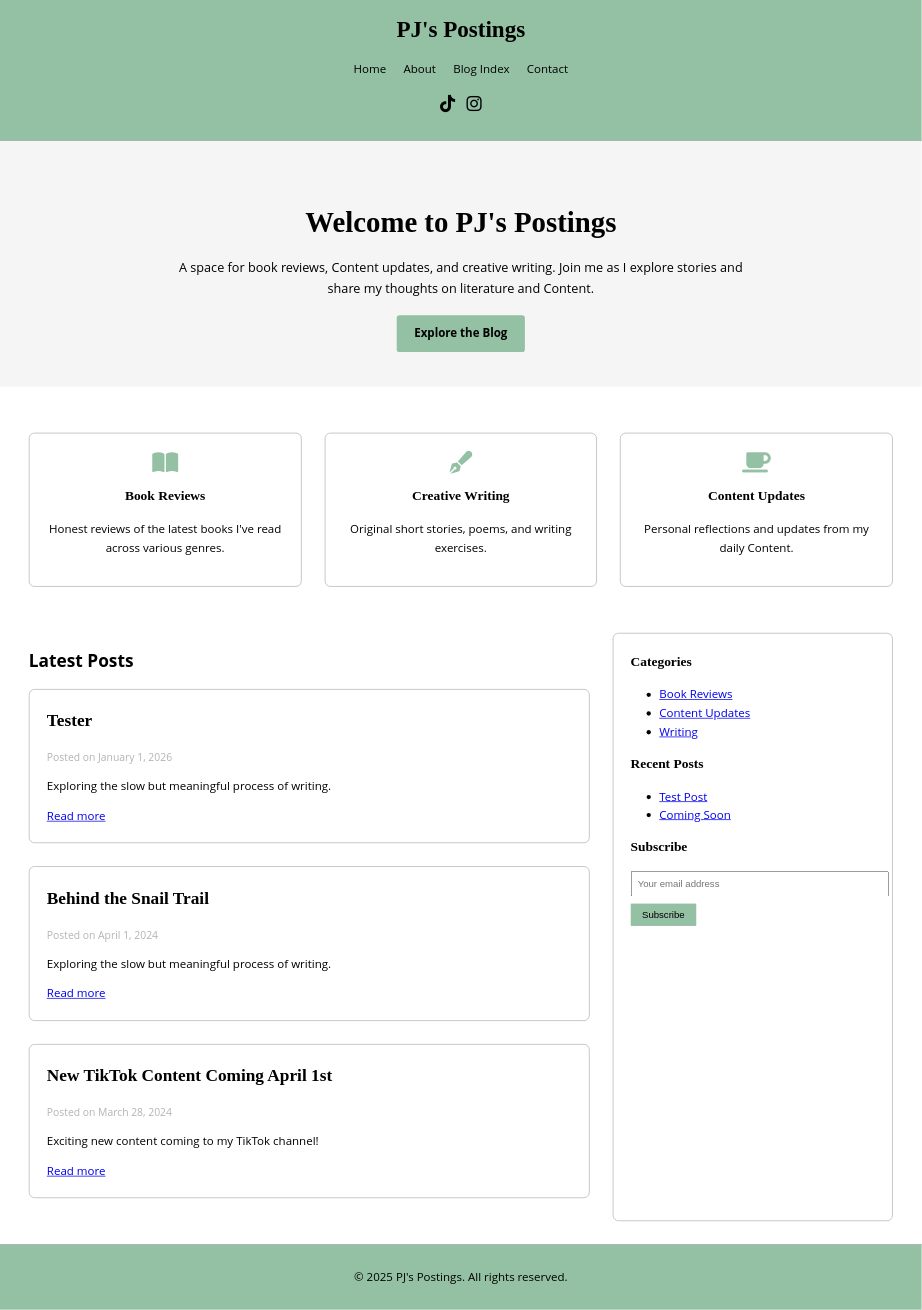
Repository: pjpatrick071/pjpatrick071.github.io
Page: index.html
The author's editor kept a copy of each file at every save. The page is drawn from the files as they stood at one save, then again after a run of saves.
The browser window is 1280 px wide. The pictures show the whole page, at 72% of full size.
Some web fonts or font styles are not loaded; a fallback is used.

Above is the page before, as saved 2025-04-07 21:23:50.

### index.html
<!DOCTYPE html>
<html lang="en">
<head>
    <link rel="apple-touch-icon" sizes="180x180" href="/apple-touch-icon.png">
<link rel="icon" type="image/png" sizes="32x32" href="/favicon-32x32.png">
<link rel="icon" type="image/png" sizes="16x16" href="/favicon-16x16.png">
<link rel="manifest" href="/site.webmanifest">
    <meta charset="UTF-8">
    <meta name="viewport" content="width=device-width, initial-scale=1.0">
    <title>PJ's Postings</title>

    <!-- Fonts -->
    <link href="https://fonts-api.wp.com/css?family=Playfair+Display:400,400i,700,700i|Open+Sans:400,400i,700,700i&subset=latin,latin-ext" rel="stylesheet">

    <!-- Font Awesome (for icons) -->
    <link href="https://cdnjs.cloudflare.com/ajax/libs/font-awesome/6.4.0/css/all.min.css" rel="stylesheet">

    <!-- Main Styles -->
    <style>
        :root {
            --soft-green: #94c0a4;
            --silver: #b3b3b3;
            --black: #000000;
            --white: #ffffff;
        }

        body {
            font-family: 'Open Sans', sans-serif;
            line-height: 1.6;
            margin: 0;
            padding: 0;
            background-color: var(--white);
            color: var(--black);
        }

        /* Header Styles */
        header {
            background-color: var(--soft-green);
            padding: 1rem 0;
            text-align: center;
            border-bottom: 1px solid var(--silver);
        }

        .logo {
            font-size: 2rem;
            font-weight: bold;
            margin: 0;
            color: var(--black);
            font-family: 'Playfair Display', serif;
        }

        /* Navigation */
        nav ul {
            padding: 0;
            list-style: none;
            display: flex;
            justify-content: center;
            gap: 1.5rem;
            margin: 1rem 0;
        }

        nav a {
            text-decoration: none;
            color: var(--black);
            font-weight: 500;
            transition: color 0.3s;
        }

        nav a:hover {
            color: var(--silver);
        }

        /* Hero Section */
        .hero {
            background-color: #f5f5f5;
            padding: 3rem 1rem;
            text-align: center;
            margin-bottom: 2rem;
        }

        .hero h2 {
            font-family: 'Playfair Display', serif;
            font-size: 2.5rem;
            margin-bottom: 1rem;
        }

        .hero p {
            max-width: 800px;
            margin: 0 auto 1.5rem;
            font-size: 1.1rem;
        }

        .cta-button {
            display: inline-block;
            background-color: var(--soft-green);
            color: var(--black);
            padding: 0.8rem 1.5rem;
            border-radius: 4px;
            text-decoration: none;
            font-weight: bold;
            transition: background-color 0.3s;
        }

        .cta-button:hover {
            background-color: #82ad90;
        }

        /* Features Section */
        .features {
            display: flex;
            justify-content: space-around;
            flex-wrap: wrap;
            gap: 2rem;
            padding: 2rem;
            max-width: 1200px;
            margin: 0 auto;
        }

        .feature-card {
            flex: 1;
            min-width: 250px;
            background-color: var(--white);
            border: 1px solid var(--silver);
            border-radius: 8px;
            padding: 1.5rem;
            text-align: center;
        }

        .feature-card i {
            font-size: 2rem;
            color: var(--soft-green);
            margin-bottom: 1rem;
        }

        .feature-card h3 {
            font-family: 'Playfair Display', serif;
            margin-top: 0;
        }

        /* Main Content */
        .container {
            max-width: 1200px;
            margin: 2rem auto;
            padding: 0 1rem;
            display: grid;
            grid-template-columns: 2fr 1fr;
            gap: 2rem;
        }

        /* Blog Posts */
        .blog-post {
            background-color: var(--white);
            border: 1px solid var(--silver);
            border-radius: 8px;
            padding: 1.5rem;
            margin-bottom: 2rem;
        }

        .post-title {
            color: var(--black);
            margin-top: 0;
            font-family: 'Playfair Display', serif;
        }

        .post-meta {
            color: var(--silver);
            font-size: 0.9rem;
            margin-bottom: 1rem;
        }

        /* Sidebar */
        .sidebar {
            background-color: var(--white);
            border: 1px solid var(--silver);
            border-radius: 8px;
            padding: 1.5rem;
        }

        .sidebar-title {
            margin-top: 0;
            color: var(--black);
            font-family: 'Playfair Display', serif;
        }

        /* Footer */
        footer {
            background-color: var(--soft-green);
            text-align: center;
            padding: 1rem 0;
            border-top: 1px solid var(--silver);
            margin-top: 2rem;
        }

        /* Social Icons */
        .social-links {
            display: flex;
            justify-content: center;
            gap: 1rem;
            margin: 1rem 0;
        }

        .social-links a {
            color: var(--black);
            font-size: 1.5rem;
            transition: transform 0.3s;
        }

        .social-links a:hover {
            transform: scale(1.2);
        }

        /* Responsive Design */
        @media (max-width: 768px) {
            .container {
                grid-template-columns: 1fr;
            }

            .features {
                flex-direction: column;
            }
            .requested-badge {
                background-color: var(--soft-green);
                color: var(--black);
                padding: 0.2rem 0.5rem;
                border-radius: 4px;
                font-size: 0.8rem;
                margin-left: 0.5rem;
                font-weight: bold;
                display: inline-block;
                margin-top: 0.5rem;
            }
        }
    </style>
</head>
<body>
    <!-- Header -->
    <header>
        <h1 class="logo">PJ's Postings</h1>
        <nav>
            <ul>
                <li><a href="index.html">Home</a></li>
                <li><a href="about.html">About</a></li>
                <li><a href="blog.html"> Blog Index</a></li>
                <li><a href="contact.html">Contact</a></li>
            </ul>
        </nav>

        <!-- Social Links -->
        <div class="social-links">
            <a href="https://www.tiktok.com/@p.j.patrick" target="_blank" rel="noopener noreferrer"><i class="fab fa-tiktok"></i></a>
            <a href="https://www.instagram.com/p.j.patrick/" target="_blank" rel="noopener noreferrer"><i class="fab fa-instagram"></i></a>
        </div>
    </header>

    <!-- Hero Section -->
    <section class="hero">
        <h2>Welcome to PJ's Postings</h2>
        <p>A space for book reviews, Content updates, and creative writing. Join me as I explore stories and share my thoughts on literature and Content.</p>
        <a href="blog.html" class="cta-button">Explore the Blog</a>
    </section>

    <!-- Features Section -->
    <section class="features">
        <div class="feature-card">
            <i class="fas fa-book-open"></i>
            <h3>Book Reviews</h3>
            <p>Honest reviews of the latest books I've read across various genres.</p>
        </div>
        <div class="feature-card">
            <i class="fas fa-pen-fancy"></i>
            <h3>Creative Writing</h3>
            <p>Original short stories, poems, and writing exercises.</p>
        </div>
        <div class="feature-card">
            <i class="fas fa-coffee"></i>
            <h3>Content Updates</h3>
            <p>Personal reflections and updates from my daily Content.</p>
        </div>
    </section>

    <!-- Main Content -->
    <div class="container">
        <!-- Blog Posts Section -->
        <main>
            <h2>Latest Posts</h2>
            <div id="recent-posts-container">

            </div>
            <!-- Additional posts can be added by duplicating the article element -->
        </main>

        <!-- Sidebar -->
        <aside class="sidebar">
            <h3 class="sidebar-title">Categories</h3>
            <ul>
                <li><a href="blog.html#book-reviews">Book Reviews</a></li>
                <li><a href="blog.html#content-updates">Content Updates</a></li>
                <li><a href="blog.html#writing">Writing</a></li>
            </ul>

            <h3 class="sidebar-title">Recent Posts</h3>
            <ul>
                <li><a href="blog.html#test-post">Test Post</a></li>
                <li><a href="blog.html#coming-soon">Coming Soon</a></li>
            </ul>

            <!-- Email Subscription Form -->
            <h3 class="sidebar-title">Subscribe</h3>
            <form action="#" method="post">
                <input type="email" name="email" placeholder="Your email address" style="width: 100%; padding: 8px; margin-bottom: 10px;">
                <button type="submit" style="background: var(--soft-green); border: none; padding: 8px 16px; cursor: pointer;">Subscribe</button>
            </form>
        </aside>
    </div>

    <!-- Footer -->
    <footer>
        <p>&copy; <script>document.write(new Date().getFullYear());</script> PJ's Postings. All rights reserved.</p>
    </footer>

    <!-- JavaScript for dynamic elements -->
    <script>
        // Simple script to handle mobile menu toggle
        document.addEventListener('DOMContentLoaded', function() {
            // You can add interactive functionality here
            console.log('Blog loaded successfully!');
        });
    </script>
    <script>
        document.addEventListener('DOMContentLoaded', function() {
            // Fetch posts from your JSON file
            fetch('posts.json')
                .then(response => {
                    if (!response.ok) {
                        throw new Error('Network response was not ok');
                    }
                    return response.json();
                })
                .then(data => {
                    const allPosts = data.posts;

                    // Sort posts by date (newest first)
                    allPosts.sort((a, b) => new Date(b.date) - new Date(a.date));

                    // Get only the most recent posts (3 in this case)
                    const recentPosts = allPosts.slice(0, 3);

                    // Display them
                    const container = document.getElementById('recent-posts-container');

                    // Clear any existing content
                    container.innerHTML = '';

                    // Create and append post elements
                    recentPosts.forEach(post => {
                        const postElement = document.createElement('article');
                        postElement.className = 'blog-post';
                        postElement.innerHTML = `
                            <h2 class="post-title">${post.title}</h2>
                            <p class="post-meta">Posted on ${formatDate(post.date)}</p>
                            <div class="entry-content">
                                <p>${post.excerpt}</p>
                                <a href="${post.url}">Read more</a>
                            </div>
                            ${post.requested ? '<span class="requested-badge">Requested Review</span>' : ''}
                        `;
                        container.appendChild(postElement);
                    });

                    // Show message if no posts found
                    if (recentPosts.length === 0) {
                        container.innerHTML = '<p>No recent posts found.</p>';
                    }
                })
                .catch(error => {
                    console.error('Error loading posts:', error);
                    const container = document.getElementById('recent-posts-container');
                    container.innerHTML = '<p>Error loading recent posts. Please try again later.</p>';
                });

            function formatDate(dateString) {
                const options = { year: 'numeric', month: 'long', day: 'numeric' };
                return new Date(dateString).toLocaleDateString('en-US', options);
            }
        });
    </script>
</body>
</html>

### posts.json
{
  "posts": [
    {
      "title": "New TikTok Content Coming April 1st",
      "date": "2024-03-28",
      "url": "posts/new-tiktok.html",
      "excerpt": "Exciting new content coming to my TikTok channel!",
      "category": "content-updates",
      "requested": false
    },
    {
      "title": "ACOTAR Review: Overhyped and Underwhelming",
      "date": "2024-03-25",
      "url": "posts/acotar-review.html",
      "excerpt": "A critical look at Sarah J. Maas's popular fantasy series.",
      "category": "book-reviews",
      "requested": true
    },
    {
      "title": "Alternate Universes",
      "date": "2024-03-15",
      "url": "posts/alternate-universes.html",
      "excerpt": "The concept of alternate universes in fiction and how writers can use them effectively.",
      "category": "writing",
      "requested": false
    },
    {
      "title": "Website Refresh Coming Soon",
      "date": "2024-03-15",
      "url": "posts/website-updates.html",
      "excerpt": "Plans for improving PJ's Postings.",
      "category": "content-updates",
      "requested": false
    },
    {
      "title": "LOTR Review: A Timeless Masterpiece",
      "date": "2024-02-10",
      "url": "posts/lotr-review.html",
      "excerpt": "Why Tolkien's epic continues to define the fantasy genre.",
      "category": "book-reviews",
      "requested": false
    },
    {
      "title": "Behind the Snail Trail",
      "date": "2024-04-01",
      "url": "posts/snail-trail.html",
      "excerpt": "Exploring the slow but meaningful process of writing.",
      "category": "writing",
      "requested": false
    },
    {
      "title": "Tester",
      "date": "2026-01-01",
      "url": "posts/tester.html",
      "excerpt": "Exploring the slow but meaningful process of writing.",
      "category": "writing",
      "requested": false
    }
  ]
}

After the next 4 saves:
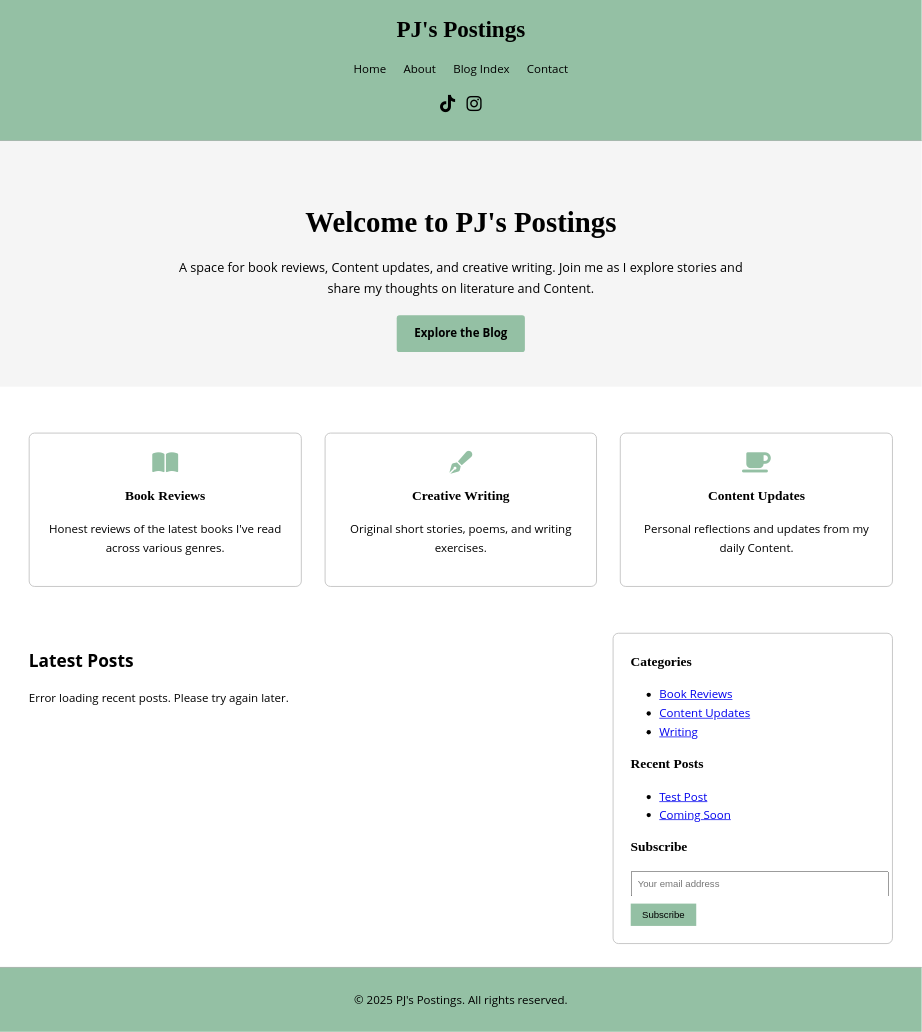
The 4 saves are shown as one change because they came seconds apart.
The last was saved 9 s later.
--- a/posts.json
+++ b/posts.json
@@ -1,60 +1,21 @@
 {
-  "posts": [
-    {
-      "title": "New TikTok Content Coming April 1st",
-      "date": "2024-03-28",
-      "url": "posts/new-tiktok.html",
-      "excerpt": "Exciting new content coming to my TikTok channel!",
-      "category": "content-updates",
-      "requested": false
-    },
-    {
-      "title": "ACOTAR Review: Overhyped and Underwhelming",
-      "date": "2024-03-25",
-      "url": "posts/acotar-review.html",
-      "excerpt": "A critical look at Sarah J. Maas's popular fantasy series.",
-      "category": "book-reviews",
-      "requested": true
-    },
-    {
-      "title": "Alternate Universes",
-      "date": "2024-03-15",
-      "url": "posts/alternate-universes.html",
-      "excerpt": "The concept of alternate universes in fiction and how writers can use them effectively.",
-      "category": "writing",
-      "requested": false
-    },
-    {
-      "title": "Website Refresh Coming Soon",
-      "date": "2024-03-15",
-      "url": "posts/website-updates.html",
-      "excerpt": "Plans for improving PJ's Postings.",
-      "category": "content-updates",
-      "requested": false
-    },
-    {
-      "title": "LOTR Review: A Timeless Masterpiece",
-      "date": "2024-02-10",
-      "url": "posts/lotr-review.html",
-      "excerpt": "Why Tolkien's epic continues to define the fantasy genre.",
-      "category": "book-reviews",
-      "requested": false
-    },
-    {
-      "title": "Behind the Snail Trail",
-      "date": "2024-04-01",
-      "url": "posts/snail-trail.html",
-      "excerpt": "Exploring the slow but meaningful process of writing.",
-      "category": "writing",
-      "requested": false
-    },
-    {
-      "title": "Tester",
-      "date": "2026-01-01",
-      "url": "posts/tester.html",
-      "excerpt": "Exploring the slow but meaningful process of writing.",
-      "category": "writing",
-      "requested": false
-    }
-  ]
-}
+    "posts": [
+      {
+        "title": "Tester",
+        "date": "2026-01-01",
+        "url": "posts/tester.html",
+        "excerpt": "Exploring the slow but meaningful process of writing.",
+        "category": "writing",
+        "requested": false
+      },
+      {
+        "title": "Under Construction",
+        "date": "2025-04-07",
+        "url": "posts/underConstruction.html",
+        "excerpt": "Reset the og carpet-room style.",
+        "category": "book-reviews",
+        "requested": false
+      },
+
+    ]
+  }
